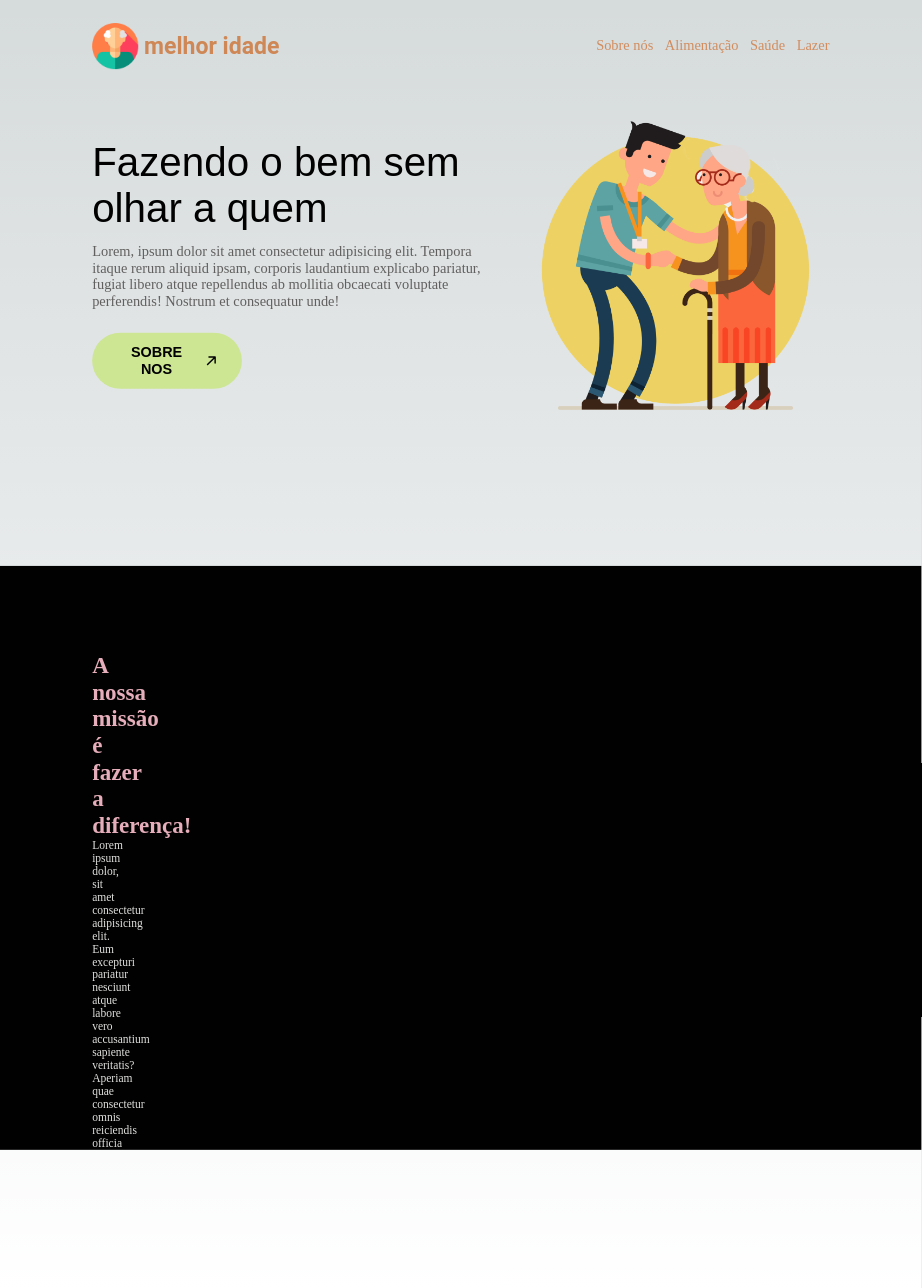
Repository: Giopol12/melhor-idade-online
Page: /index.page
These files come from the project's save history. The page is drawn as it stood at one moment and after the next save; the edit follows.
The browser window is 1280 px wide. The pictures show the whole page, at 72% of full size.
The project was rebuilt for these pictures with package versions that can differ from the ones it lists, and the page was loaded fresh each time. The framework's server and built-in components were replaced by stand-ins that run in the browser. Also part of the build but not shown: next.config.js.

Above is the page before, as saved 2023-11-21 10:26:25.

After the next save:
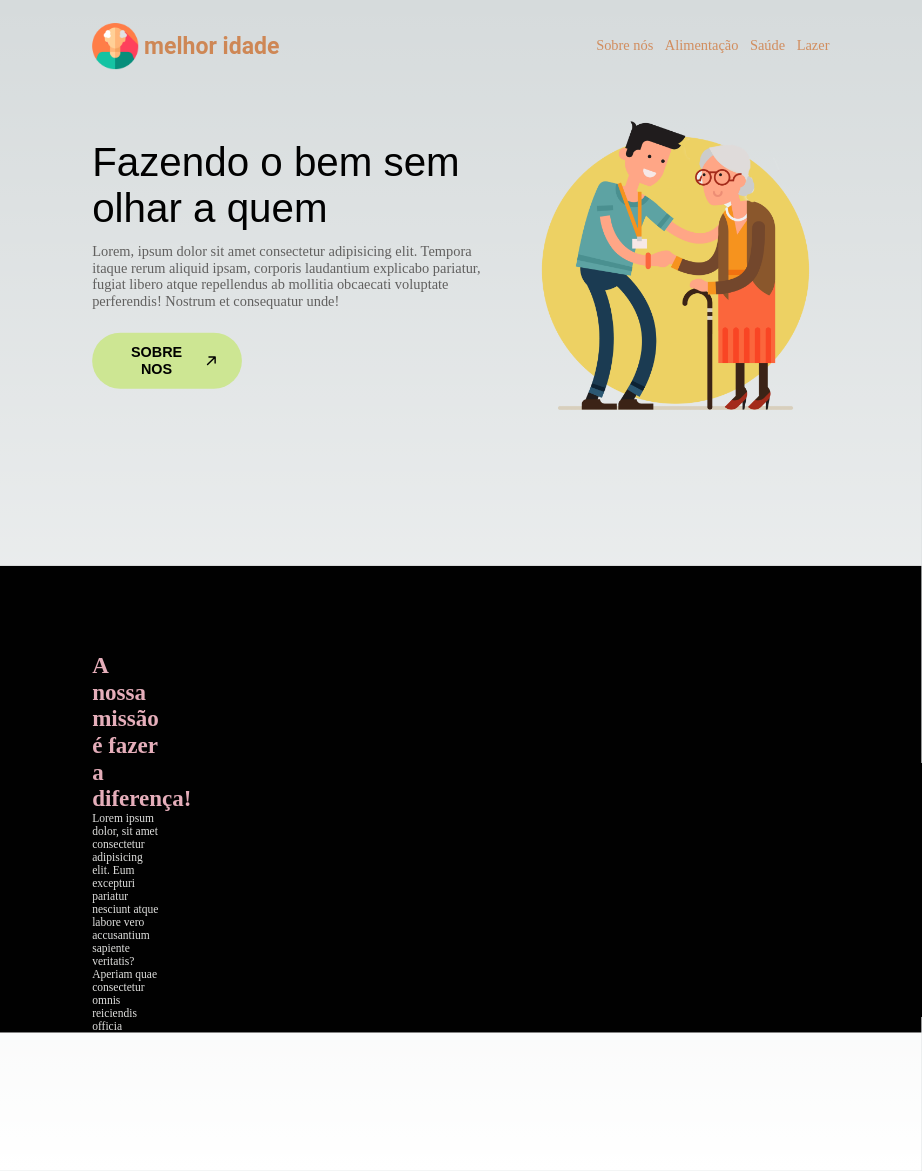
Saved 5 s later.
--- a/src/components/OurMission/styles.ts
+++ b/src/components/OurMission/styles.ts
@@ -10,7 +10,7 @@ export const OurMissionContentContainer = styled('div', {
   margin: '0 auto',
 })
 export const OurMissionTitleAndDescriptionContainer = styled('div', {
-  maxWidth: '3rem',
+  maxWidth: '6rem',
   h1: {
     color: '#E5AEBA',
     fontSize: '$2xl',
